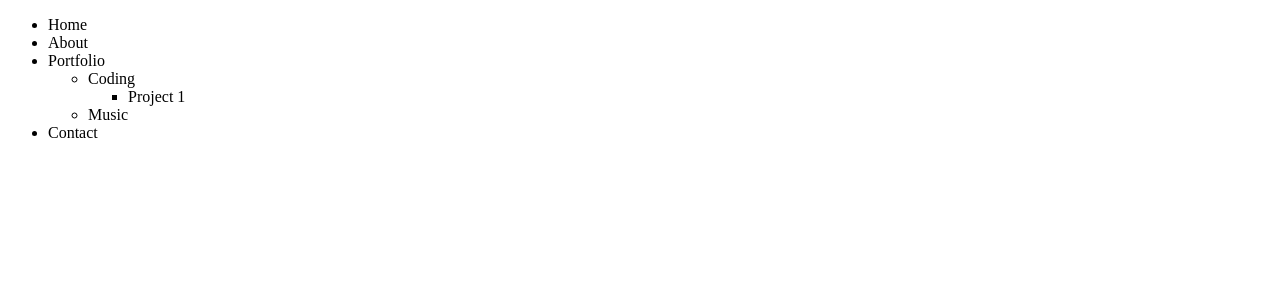
Repository: muesinga/aaronmuesing-dot-com
Page: index.html
An editor plug-in stored every save of this project. The page is shown before and after a run of saves, followed by the edit.
The browser window is 1280 px wide. The pictures show the whole page.

Above is the page before, as saved 2022-06-22 10:42:43.

### index.html
<!DOCTYPE html>
<html>
<head>
</head>
<body>
    <ul>
        <li><a>Home</a></li>
        <li><a>About</a></li>
        <li>
            <div>Portfolio</div>
                <ul>
                    <li>
                        <div>Coding</div>
                        <ul>
                            <li>Project 1</li>
                        </ul>
                    </li>
                    <li>
                        <div>Music</div>
                    </li>
                </ul>
        </li>
        <li><a>Contact</a></li>
    </ul>
</body>
</html>

After the next 2 saves:
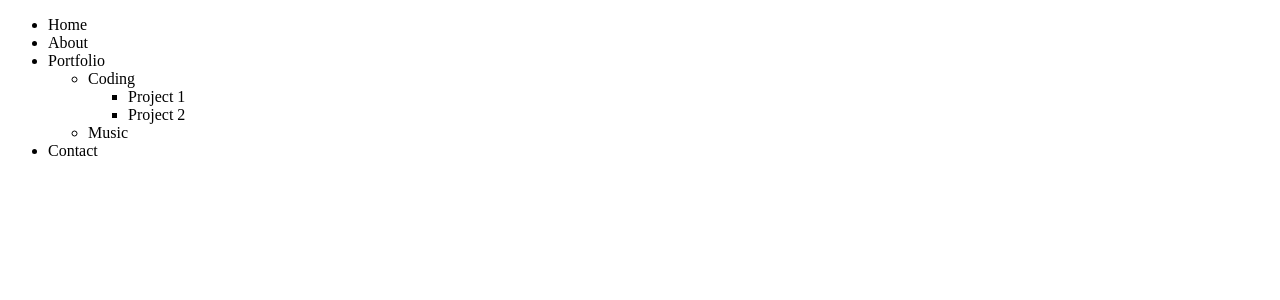
The 2 saves are shown as one change because they came seconds apart.
The last was saved 8 s later.
--- a/index.html
+++ b/index.html
@@ -13,6 +13,7 @@
                         <div>Coding</div>
                         <ul>
                             <li>Project 1</li>
+                            <li>Project 2</li>
                         </ul>
                     </li>
                     <li>
